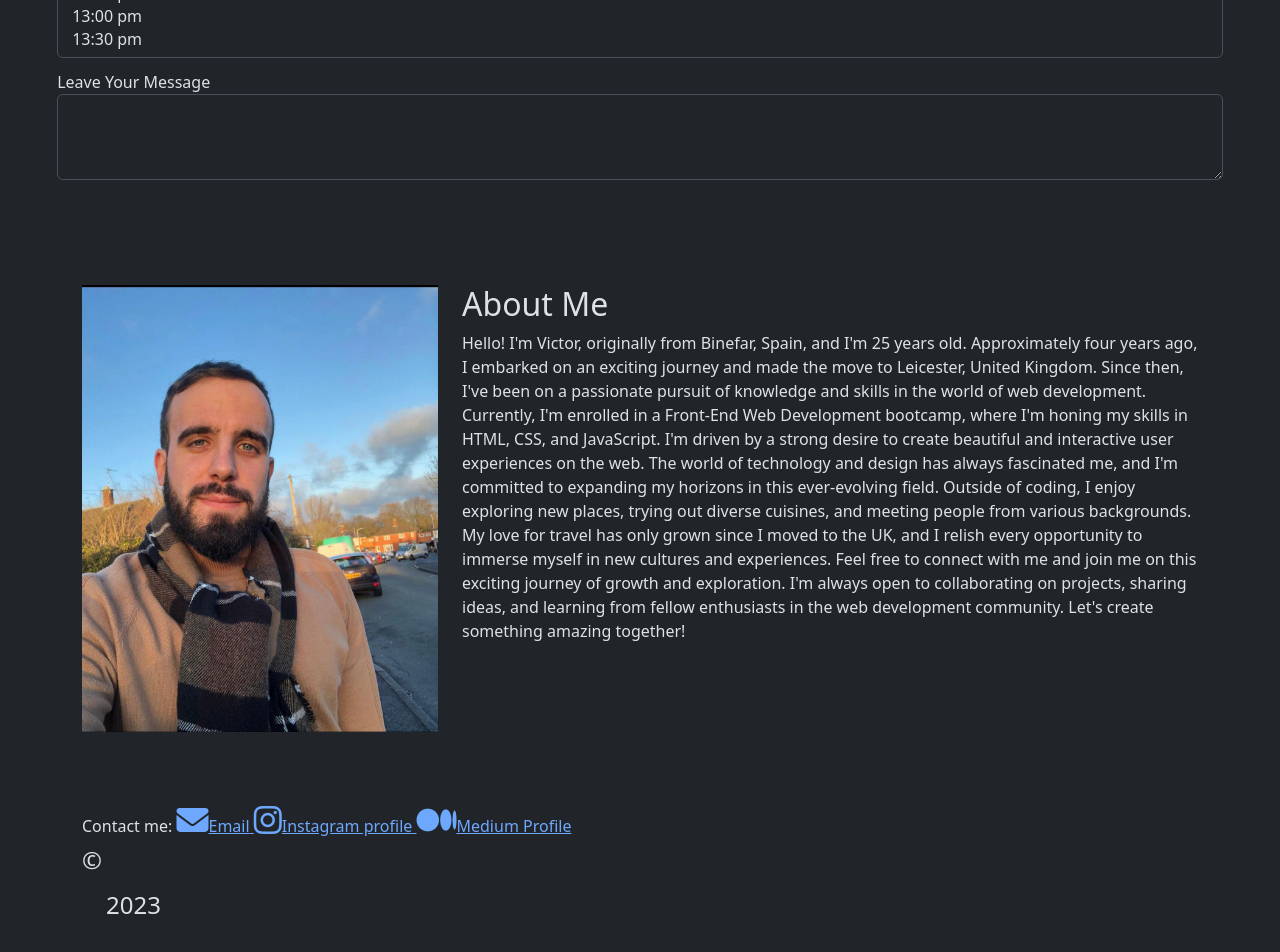
Repository: uvee35/Bootstrap-Portfolio
Page: index.html
An editor plug-in stored every save of this project. The page is shown before and after the next save, followed by the edit.
The browser window is 1280 px wide. The pictures show the part of the page from y = 1857 to 2809 px (the page is 2809 px tall before and 2703 px after).
A picture or video elsewhere on the page could not be fetched, so the positions and the page height are approximate. Some web libraries are served in a nearby version.

Above is the page before, as saved 2023-12-18 21:46:40.

After the next save:
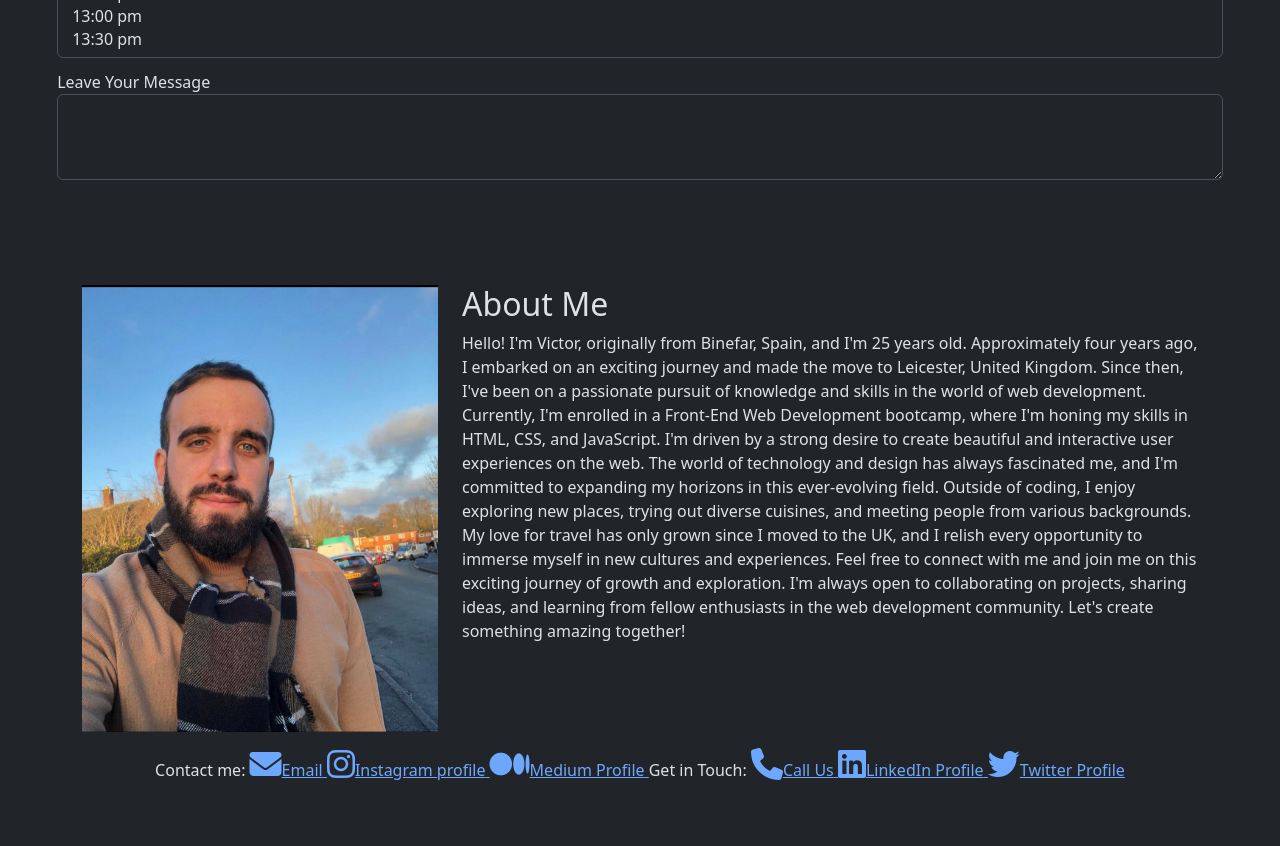
Saved 100 s later.
--- a/index.html
+++ b/index.html
@@ -314,26 +314,32 @@
             Feel free to connect with me and join me on this exciting journey of growth and exploration. I'm always open to collaborating on projects, sharing ideas, and learning from fellow enthusiasts in the web development community. Let's create something amazing together!</p>
 
   </div>
-</section>
-<footer id="footer" class="birder-top py-4">
-  <div class="container">
-    <div class= "d-flez justify-content-center align-items-center">
-      <span class="footer__contact-header">Contact me:</span>
-      <a href="mailto:victormarquesrina@hotmail.com" class="contact-link">
-        <i class="fas fa-envelope social-icon"></i><span>Email</span>
-      </a>
-      <a href="https://www.instagram.com/Uvee35" class="contact-link">
-        <i class="fab fa-instagram social-icon"></i
-        ><span>Instagram profile</span>
-      </a>
-      <a href="https://medium.com/@victor5.vm58" class="contact-link">
-        <i class="fab fa-medium social-icon"></i><span>Medium Profile</span>
-      </a>
-      <h4 class="pe-4 pt-2">©</h4>
-      <h4 class="ps-4 pt-2">2023</h4>
+  <footer class="container-fluid text-center py-3" id="footer">
+    <div class="container">
+        <span class="footer__contact-header">Contact me:</span>
+        <a href="mailto:victormarquesrina@hotmail.com" class="contact-link">
+            <i class="fas fa-envelope social-icon"></i><span>Email</span>
+        </a>
+        <a href="https://www.instagram.com/Uvee35" class="contact-link">
+            <i class="fab fa-instagram social-icon"></i><span>Instagram profile</span>
+        </a>
+        <a href="https://medium.com/@victor5.vm58" class="contact-link">
+            <i class="fab fa-medium social-icon"></i><span>Medium Profile</span>
+        </a>
+
+        <span class="footer__contact-header">Get in Touch:</span>
+        <a href="tel:+123456789" class="contact-link">
+            <i class="fas fa-phone social-icon"></i><span>Call Us</span>
+        </a>
+        <a href="https://www.linkedin.com/in/yourname" class="contact-link">
+            <i class="fab fa-linkedin social-icon"></i><span>LinkedIn Profile</span>
+        </a>
+        <a href="https://twitter.com/yourtwitterhandle" class="contact-link">
+            <i class="fab fa-twitter social-icon"></i><span>Twitter Profile</span>
+        </a>
     </div>
-  </div>
 </footer>
+
 
   </div>
 </footer>
